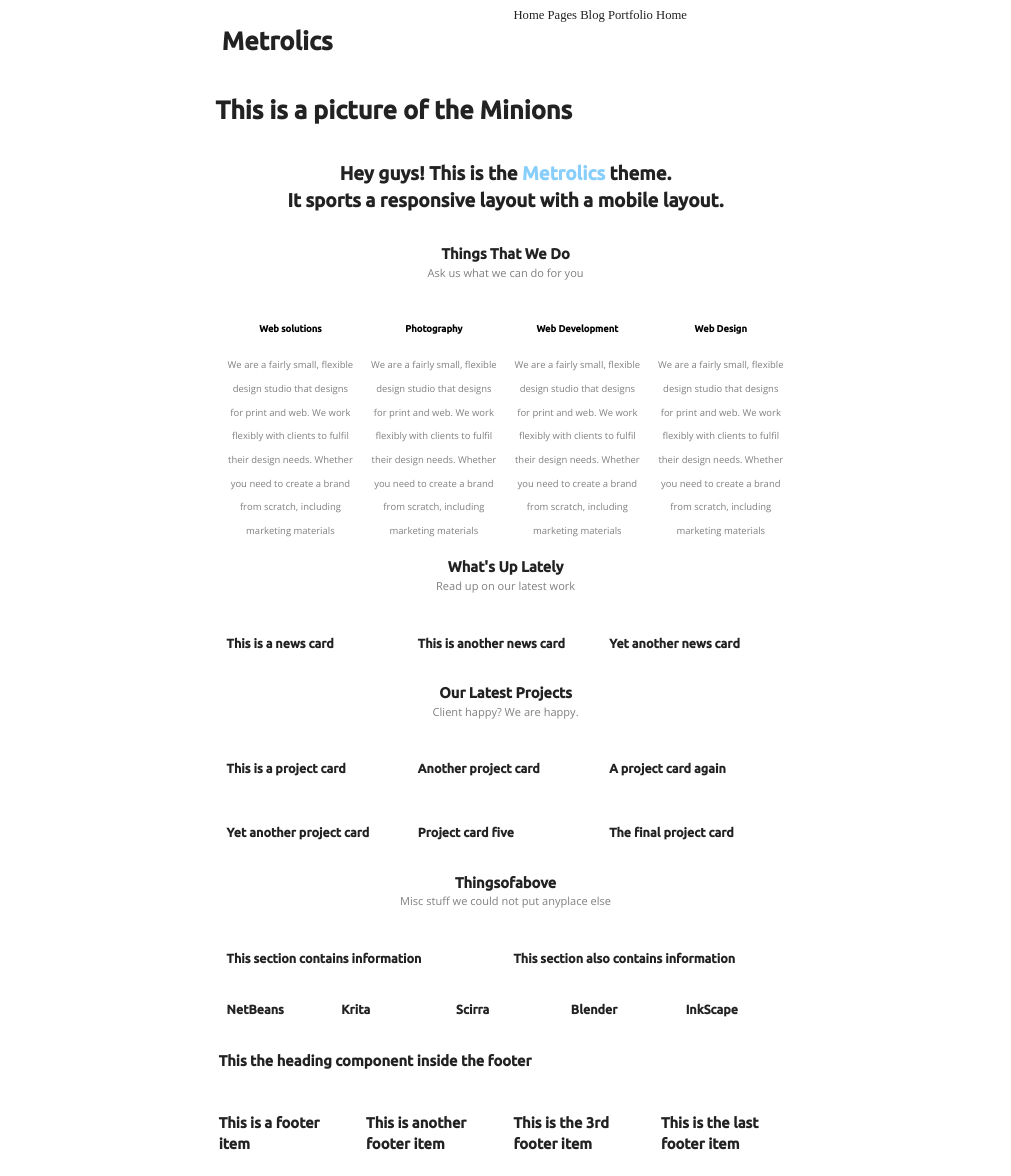
Repository: kennyharman/Marlowe_Kenny_Lab_02B
Page: index.html
An editor plug-in stored every save of this project. The page is shown before and after the next save, followed by the edit.
The browser window is 1280 px wide. The pictures show the whole page, at 79% of full size.

Above is the page before, as saved 2024-02-05 15:43:11.

### index.html
<!doctype html>
<html class="no-js" lang="EN">

<head>
  <meta charset="utf-8">
  <meta name="viewport" content="width=device-width, initial-scale=1">
  <title></title>
  <link rel="stylesheet" href="css/style.css">
  <link href="https://fonts.googleapis.com/css2?family=Open+Sans:ital,wght@0,400;0,700;1,400&family=Ubuntu:ital,wght@0,300;0,500;1,300&display=swap" rel="stylesheet">
  <meta name="description" content="">

  <meta property="og:title" content="Metrolics page">
  <meta property="og:type" content="website">
  <meta property="og:url" content="http://localhost:8888/metrolics/">

  <link rel="icon" href="/favicon.ico" sizes="any">
  <link rel="icon" href="/icon.svg" type="image/svg+xml">
  <link rel="apple-touch-icon" href="icon.png">

  <link rel="manifest" href="site.webmanifest">
  <meta name="theme-color" content="#fafafa">
</head>

<body class="page">
  <script src="js/app.js"></script>

<header class="page__header">
  <div class="row m-col-2 l-col-2 menu">
    <div class="col header__menu-logo">
      <h1>Metrolics</h1>
    </div>
    <div class="col header__menu-nav">
      Home
      Pages
      Blog
      Portfolio
      Home
    </div>
</header>

<main>
  <div class="page__banner">
    <div class="col banner-header">
      <h1>This is a picture of the Minions</h1>
    </div>
  </div>
  <div class="page__section">
    <div class="row header">
      <div class="col header-text">
        <h2>Hey guys! This is the <span class="text__color-change">Metrolics</span> theme.<br/>It sports a responsive layout with a mobile layout.</h2>
      </div>
    </div>
  </div>

  <div class="section-services">
    <div class="row m-col-2 l-col-4">
      <div class="col m-row-span l-row-span heading">
        <h3>Things That We Do</h3>
        <p>Ask us what we can do for you</p>
      </div>
      <div class="col services-card">
        <h4>Web solutions</h4>
        We are a fairly small, flexible design studio that designs for print and web. We work flexibly with clients to fulfil their design needs. Whether you need to create a brand from scratch, including marketing materials
      </div>
      <div class="col services-card">
        <h4>Photography</h4>
        We are a fairly small, flexible design studio that designs for print and web. We work flexibly with clients to fulfil their design needs. Whether you need to create a brand from scratch, including marketing materials
      </div>
      <div class="col services-card">
        <h4>Web Development</h4>
        We are a fairly small, flexible design studio that designs for print and web. We work flexibly with clients to fulfil their design needs. Whether you need to create a brand from scratch, including marketing materials
      </div>
      <div class="col services-card">
        <h4>Web Design</h4>
        We are a fairly small, flexible design studio that designs for print and web. We work flexibly with clients to fulfil their design needs. Whether you need to create a brand from scratch, including marketing materials
      </div>
    </div>
  </div>
    </div>
  </div>

  <div class="section-work">
    <div class="row m-col-2 l-col-3">
      <div class="col m-row-span l-row-span heading">
        <h3>What's Up Lately</h3>
        <p>Read up on our latest work</p>
      </div>
      <div class="col m-row-span image">
        <h4>This is a news card</h4>
      </div>
      <div class="col image">
        <h4>This is another news card</h4>
      </div>
      <div class="col image">
        <h4>Yet another news card</h4>
      </div>
    </div>
  </div>

  <div class="section-projects">
    <div class="row m-col-2 l-col-3">
      <div class="col m-row-span l-row-span heading">
        <h3>Our Latest Projects</h3>
        <p>Client happy? We are happy.</p>
      </div>
      <div class="col image">
        <h4>This is a project card</h4>
      </div>
      <div class="col image">
        <h4>Another project card</h4>
      </div>
      <div class="col image">
        <h4>A project card again</h4>
      </div>
      <div class="col image">
        <h4>Yet another project card</h4>
      </div>
      <div class="col iamge">
        <h4>Project card five</h4>
      </div>
      <div class="col image">
        <h4>The final project card</h4>
      </div>
    </div>
  </div>

  <div class="section-misc">
    <div class="row l-col-2">
      <div class="col l-row-span heading">
        <h3>Thingsofabove</h3>
        <p>Misc stuff we could not put anyplace else</p>
      </div>
      <div class="col misc-content">
        <h4>This section contains information</h4>
      </div>
      <div class="col misc-content">
        <h4>This section also contains information</h4>
      </div>
    </div>
  </div>

  <div class="section-affiliates">
    <div class="row m-col-5 l-col-5">
      <div class="col affiliates-card">
        <h4>NetBeans</h4>
      </div>
      <div class="col affiliates-card">
        <h4>Krita</h4>
      </div>
      <div class="col affiliates-card">
        <h4>Scirra</h4>
      </div>
      <div class="col affiliates-card">
        <h4>Blender</h4>
      </div>
      <div class="col affiliates-card">
        <h4>InkScape</h4>
      </div>
    </div>
  </div>
</main>
<footer class="page__footer">
  <div class="row m-col-2 l-col-4 footer">
    <div class="col m-row-span l-row-span footer-heading">
      <h3>This the heading component inside the footer</h3>
    </div>
    <div class="col footer-item">
      <h3>This is a footer item</h3>
    </div>
    <div class="col footer-item">
      <h3>This is another footer item</h3>
    </div>
    <div class="col footer-item">
      <h3>This is the 3rd footer item</h3>
    </div>
    <div class="col footer-item">
      <h3>
        This is the last footer item
      </h3>
    </div>
  </div>
</footer>
</body>

### css/style.css
/*! HTML5 Boilerplate v9.0.0-RC1 | MIT License | https://html5boilerplate.com/ */

/* main.css 3.0.0 | MIT License | https://github.com/h5bp/main.css#readme */
/*
 * What follows is the result of much research on cross-browser styling.
 * Credit left inline and big thanks to Nicolas Gallagher, Jonathan Neal,
 * Kroc Camen, and the H5BP dev community and team.
 */

/* ==========================================================================
   Base styles: opinionated defaults
   ========================================================================== */

html {
  color: #222;
  font-size: 1em;
  line-height: 1.4;
}

/*
 * Remove text-shadow in selection highlight:
 * https://twitter.com/miketaylr/status/12228805301
 *
 * Customize the background color to match your design.
 */

::-moz-selection {
  background: #b3d4fc;
  text-shadow: none;
}

::selection {
  background: #b3d4fc;
  text-shadow: none;
}

/*
 * A better looking default horizontal rule
 */

hr {
  display: block;
  height: 1px;
  border: 0;
  border-top: 1px solid #ccc;
  margin: 1em 0;
  padding: 0;
}

/*
 * Remove the gap between audio, canvas, iframes,
 * images, videos and the bottom of their containers:
 * https://github.com/h5bp/html5-boilerplate/issues/440
 */

audio,
canvas,
iframe,
img,
svg,
video {
  vertical-align: middle;
}

/*
 * Remove default fieldset styles.
 */

fieldset {
  border: 0;
  margin: 0;
  padding: 0;
}

/*
 * Allow only vertical resizing of textareas.
 */

textarea {
  resize: vertical;
}

/* ==========================================================================
   Author's custom styles
   ========================================================================== */

/* ==========================================================================
   Helper classes
   ========================================================================== */

/*
 * Hide visually and from screen readers
 */

.hidden,
[hidden] {
  display: none !important;
}

/*
 * Hide only visually, but have it available for screen readers:
 * https://snook.ca/archives/html_and_css/hiding-content-for-accessibility
 *
 * 1. For long content, line feeds are not interpreted as spaces and small width
 *    causes content to wrap 1 word per line:
 *    https://medium.com/@jessebeach/beware-smushed-off-screen-accessible-text-5952a4c2cbfe
 */

.visually-hidden {
  border: 0;
  clip: rect(0, 0, 0, 0);
  height: 1px;
  margin: -1px;
  overflow: hidden;
  padding: 0;
  position: absolute;
  white-space: nowrap;
  width: 1px;
  /* 1 */
}

/*
 * Extends the .visually-hidden class to allow the element
 * to be focusable when navigated to via the keyboard:
 * https://www.drupal.org/node/897638
 */

.visually-hidden.focusable:active,
.visually-hidden.focusable:focus {
  clip: auto;
  height: auto;
  margin: 0;
  overflow: visible;
  position: static;
  white-space: inherit;
  width: auto;
}

/*
 * Hide visually and from screen readers, but maintain layout
 */

.invisible {
  visibility: hidden;
}

/*
 * Clearfix: contain floats
 *
 * The use of `table` rather than `block` is only necessary if using
 * `::before` to contain the top-margins of child elements.
 */

.clearfix::before,
.clearfix::after {
  content: "";
  display: table;
}

.clearfix::after {
  clear: both;
}

/* ==========================================================================
   EXAMPLE Media Queries for Responsive Design.
   These examples override the primary ('mobile first') styles.
   Modify as content requires.
   ========================================================================== */

@media only screen and (min-width: 35em) {
  /* Style adjustments for viewports that meet the condition */
}

@media print,
  (-webkit-min-device-pixel-ratio: 1.25),
  (min-resolution: 1.25dppx),
  (min-resolution: 120dpi) {
  /* Style adjustments for high resolution devices */
}

/* ==========================================================================
   Print styles.
   Inlined to avoid the additional HTTP request:
   https://www.phpied.com/delay-loading-your-print-css/
   ========================================================================== */

@media print {
  *,
  *::before,
  *::after {
    background: #fff !important;
    color: #000 !important;
    /* Black prints faster */
    box-shadow: none !important;
    text-shadow: none !important;
  }

  a,
  a:visited {
    text-decoration: underline;
  }

  a[href]::after {
    content: " (" attr(href) ")";
  }

  abbr[title]::after {
    content: " (" attr(title) ")";
  }

  /*
   * Don't show links that are fragment identifiers,
   * or use the `javascript:` pseudo protocol
   */
  a[href^="#"]::after,
  a[href^="javascript:"]::after {
    content: "";
  }

  pre {
    white-space: pre-wrap !important;
  }

  pre,
  blockquote {
    border: 1px solid #999;
    page-break-inside: avoid;
  }

  tr,
  img {
    page-break-inside: avoid;
  }

  p,
  h2,
  h3 {
    orphans: 3;
    widows: 3;
  }

  h2,
  h3 {
    page-break-after: avoid;
  }
}

/* Our Styling */
div,
main,
section,
footer,
header {
  margin-left: 10px;
  margin-right: 10px;
}

h1,
h2,
h3,
h4,
h5,
h6 {
    font-family: 'Ubuntu', sans-serif;
}

p {
    font-family: 'Open Sans', sans-serif;
}

.row {
  display: grid;
  row-gap: 1rem;
}

.col {
  position: relative;
}

.page__header,
.banner-header,
.page__section,
.section-services,
.section-work,
.section-projects,
.section-misc,
.section-affiliates,
.footer {
  margin: auto;
  width: 60%;
}

.heading {
  display: flex;
  flex-direction: column;
  align-items: center;
  padding: 0 auto;
}

.heading > h3 {
  margin-bottom: 0;
}

.heading > p {
  margin-top: 0;
  font-size: 14px;
  color: grey;
}

.header-text {
  text-align: center;
}

.text__color-change {
  color: lightskyblue;
}

.services-card {
  display: flex;
  flex-direction: column;
  align-items: center;
  text-align: center;
  font-size: 12px;
  padding: 0px;
  color: grey;
  font-family: 'Open Sans', sans-serif;
  line-height: 30px;
}

.services-card > h4 {
  color: black;
}

/* Small only */
@media screen and (max-width: 39.9375em) {
  .header__menu-nav {
    display: none;
  }
  .banner {
    display: none;
  }
  .affiliates {
    display: none;
  }
  .misc {
    display: none;
  }
}

/* Medium only */
@media screen and (min-width: 40em) and
(max-width: 63.9375em) {
  .row {
    max-width: 70rem;
    column-gap: 1.5rem;
    row-gap: 1.5rem;
    margin: 0 auto;
  }
  .m-col-2 {
    grid-template-columns: 1fr 1fr;
  }
  .m-col-3 {
    grid-template-columns: repeat(3, 1fr);
  }
  .m-col-4 {
    grid-template-columns: repeat(4, 1fr);
  }
  .m-col-5 {
    grid-template-columns: repeat(5, 1fr);
  }

  .m-row-span {
    grid-column-start: 1;
    grid-column-end: -1;
  }
}

/* Large only */
@media screen and (min-width: 64em) {
  .l-col-2 {
    grid-template-columns: 1fr 1fr;
  }
  .l-col-3 {
    grid-template-columns: repeat(3, 1fr);
  }
  .l-col-4 {
    grid-template-columns: repeat(4, 1fr);
  }
  .l-col-5 {
    grid-template-columns: repeat(5, 1fr);
  }

  .l-row-span {
    grid-column-start: 1;
    grid-column-end: -1;
  }
}

Loaded but not shown: js/app.js (no stored copy; drawn as an empty file)

After the next save:
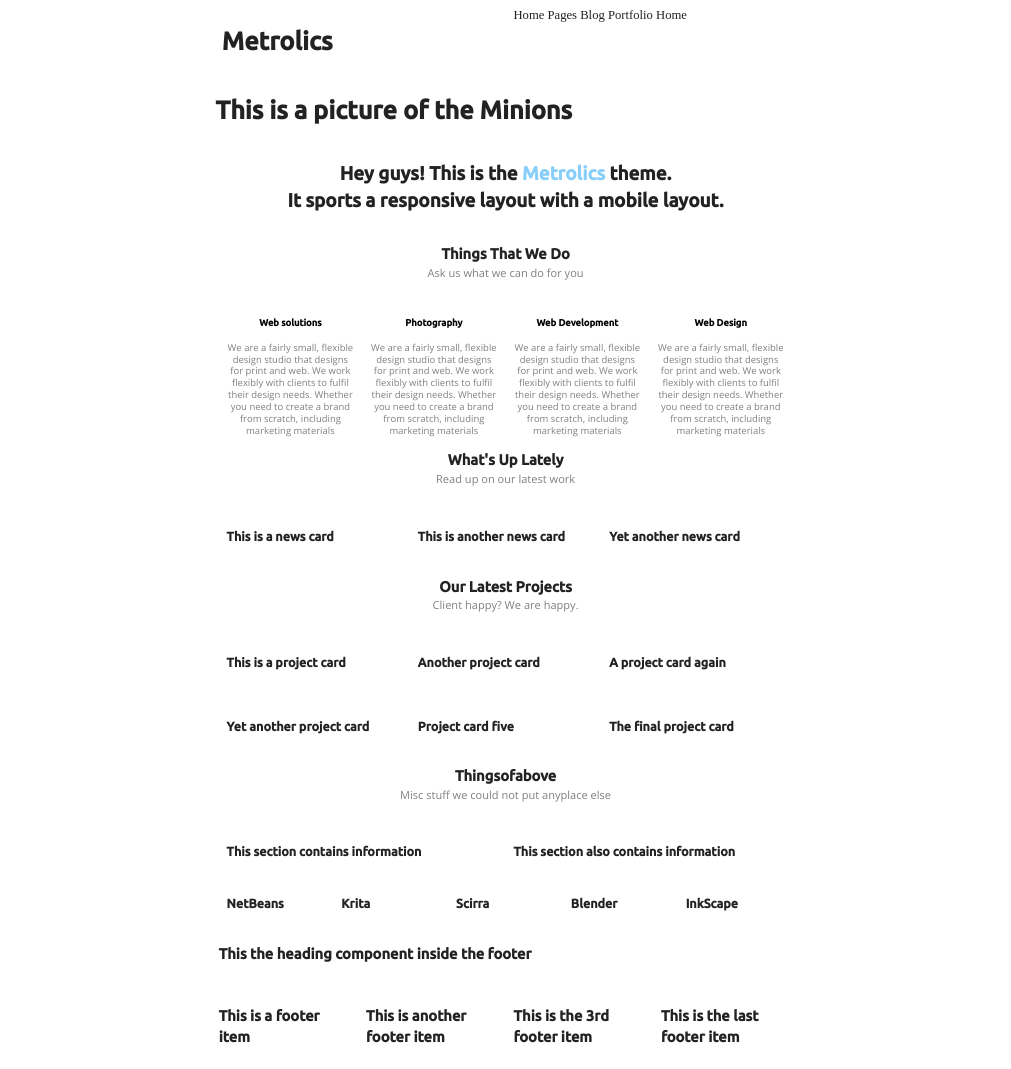
Saved 5 s later.
--- a/css/style.css
+++ b/css/style.css
@@ -324,7 +324,7 @@ p {
   padding: 0px;
   color: grey;
   font-family: 'Open Sans', sans-serif;
-  line-height: 30px;
+  line-height: 15px;
 }
 
 .services-card > h4 {
